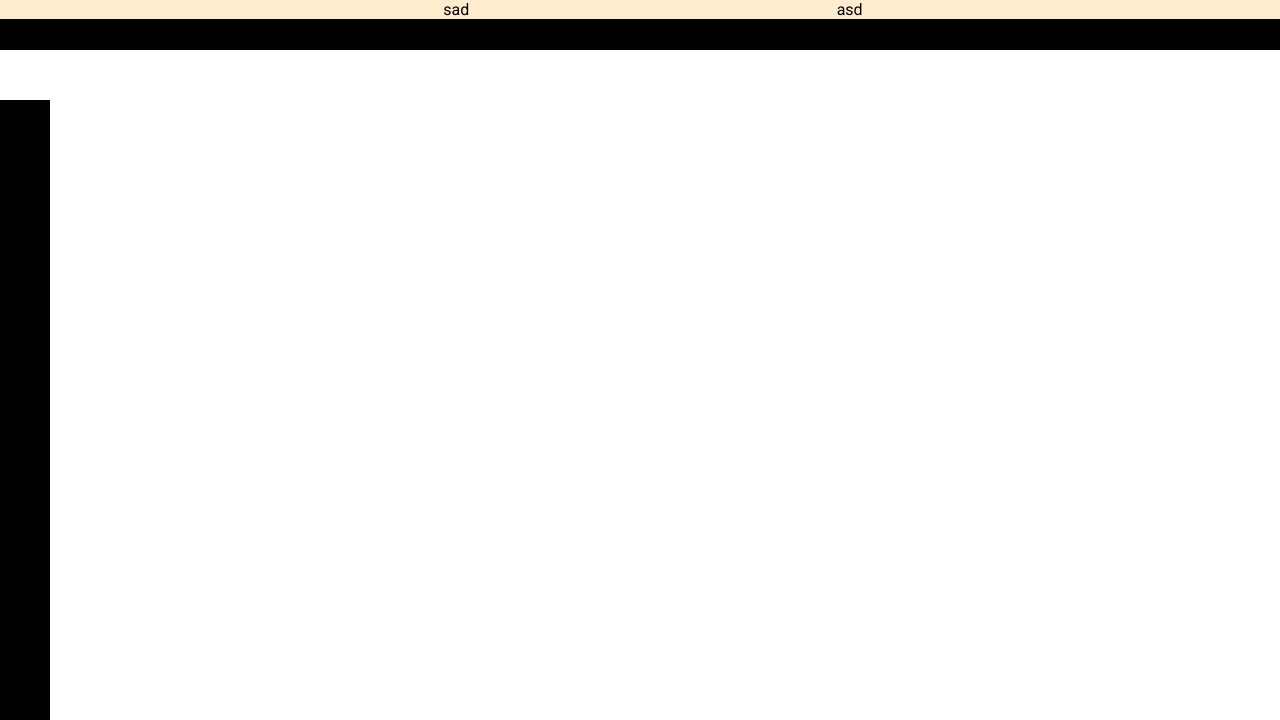
Repository: JulyK9/Movie-Website
Page: index.html
An editor plug-in stored every save of this project. The page is shown before and after the next save, followed by the edit.
The browser window is 1280 px wide. The pictures show the whole page.

Above is the page before, as saved 2022-07-03 00:25:35.

After the next save:
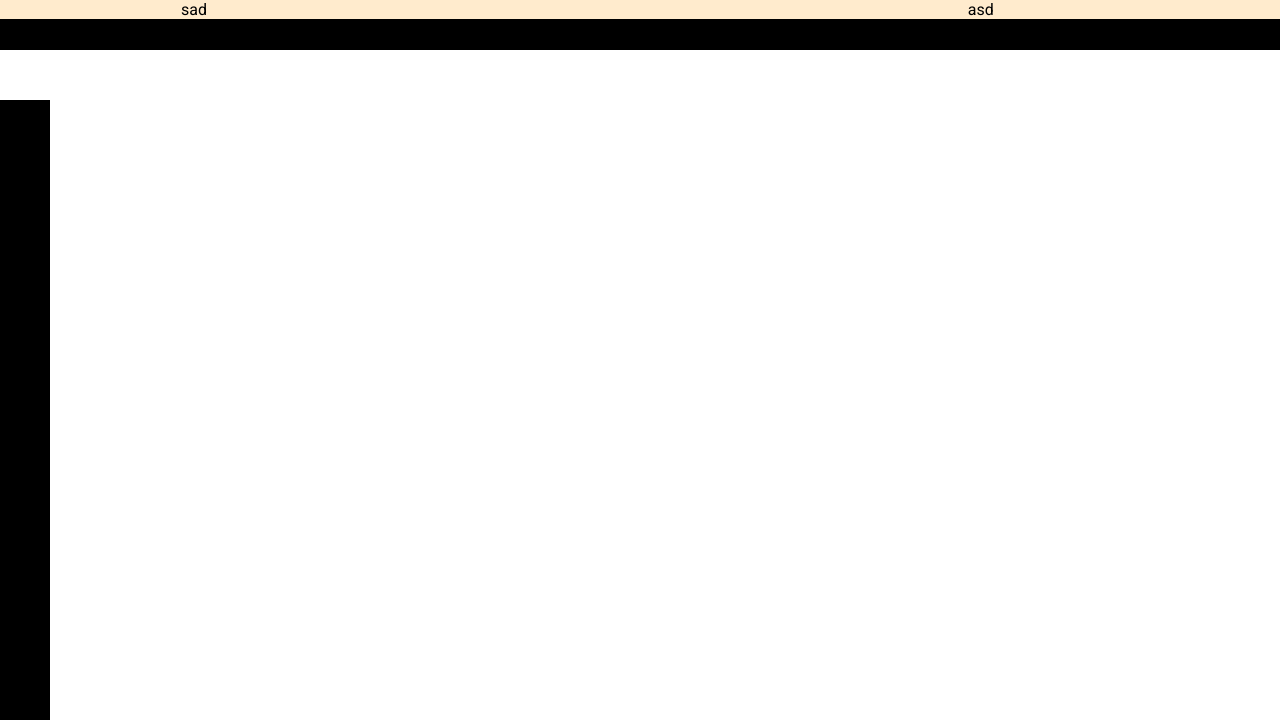
Saved 20 s later.
--- a/style.css
+++ b/style.css
@@ -27,11 +27,11 @@ body {
 }
 
 .menu-container {
-    flex: 1;
+    flex: 6;
 }
 
 .profile-container {
-    flex: 1;
+    flex: 2;
 }
 
 .sidebar {
